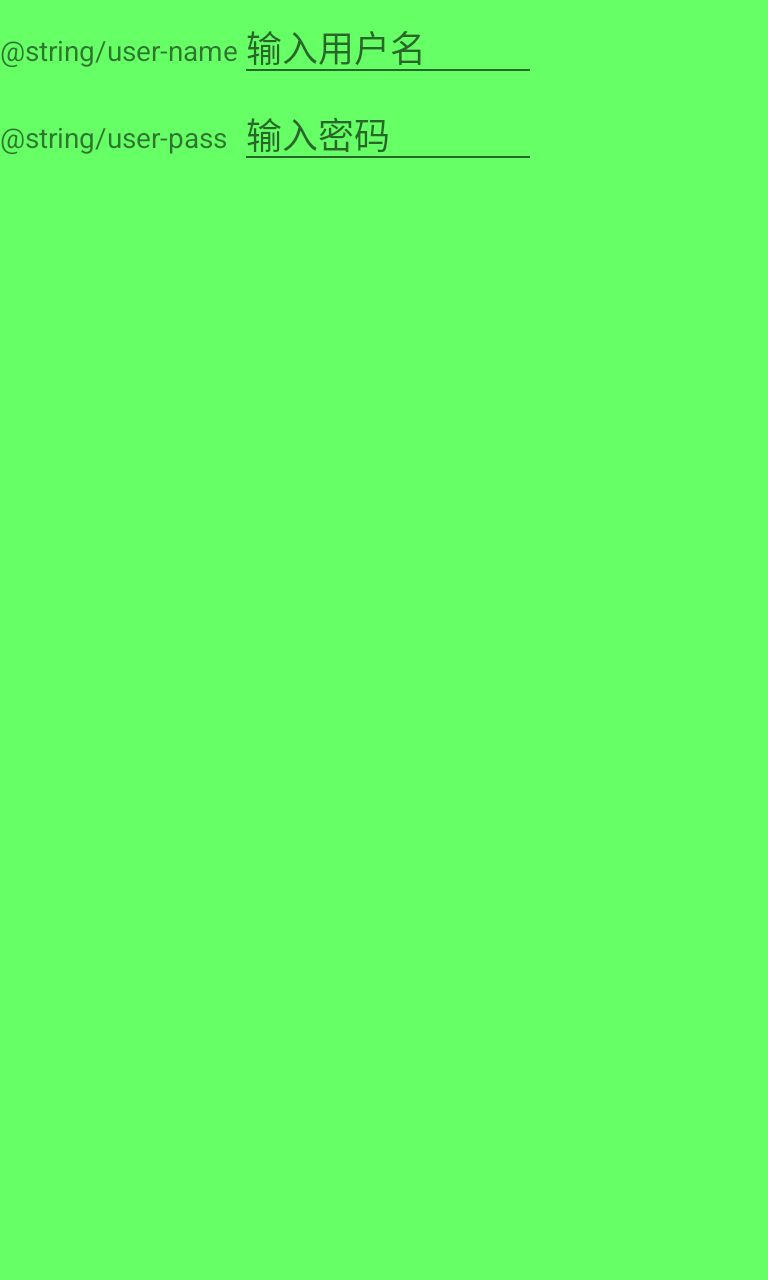
Repository: bingb89/Garbage
Layout: xml/login-demo/res/layout/activity_main.xml
An editor plug-in stored every save of this project. The layout is shown before and after the next save, followed by the edit.
It is drawn on a 768 x 1280 px phone screen (xhdpi) without system bars, with theme AppTheme; the app's code is not run.

Above is the layout before, as saved 2015-12-25 02:16:43.

After the next save:
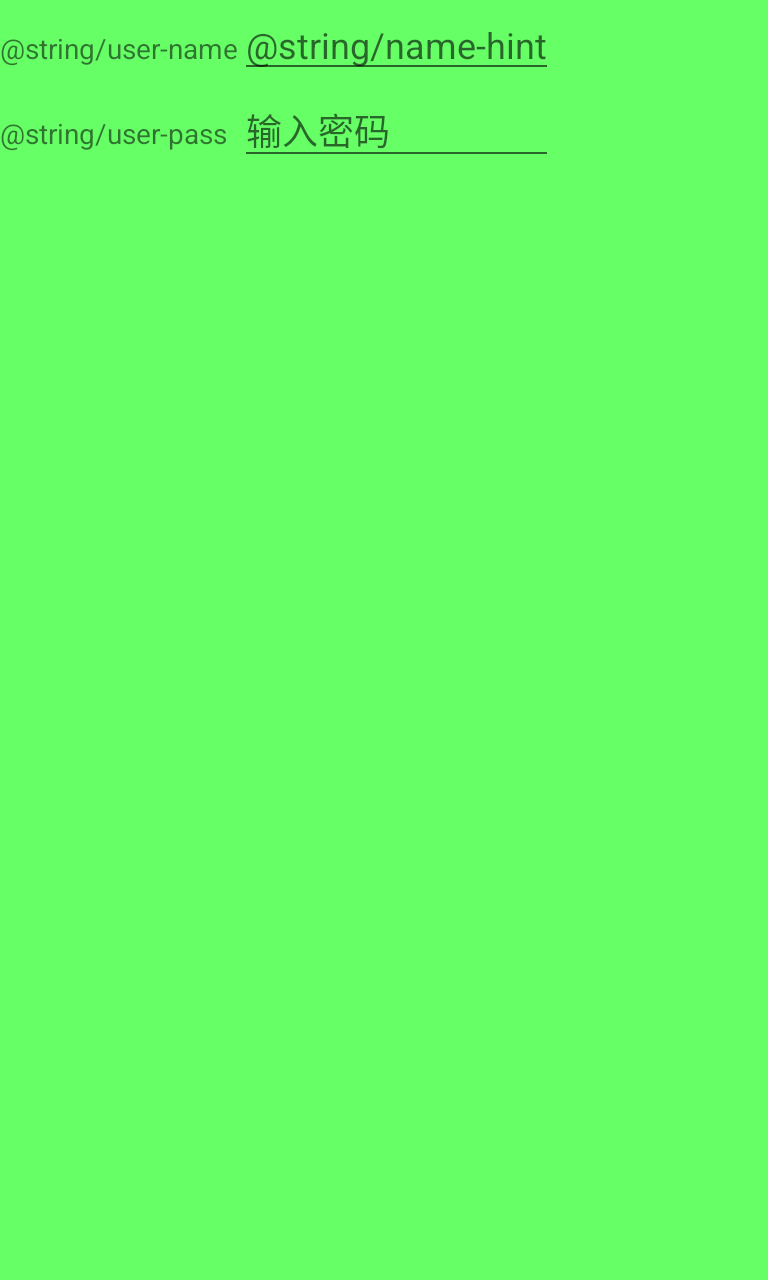
Saved 13 s later.
--- a/xml/login-demo/res/layout/activity_main.xml
+++ b/xml/login-demo/res/layout/activity_main.xml
@@ -19,7 +19,7 @@
             android:layout_width="wrap_content"
             android:layout_height="wrap_content"
             android:minWidth="150dp"
-            android:hint="输入用户名" />
+            android:hint="@string/name-hint" />
     </TableRow>
 
     <TableRow>
